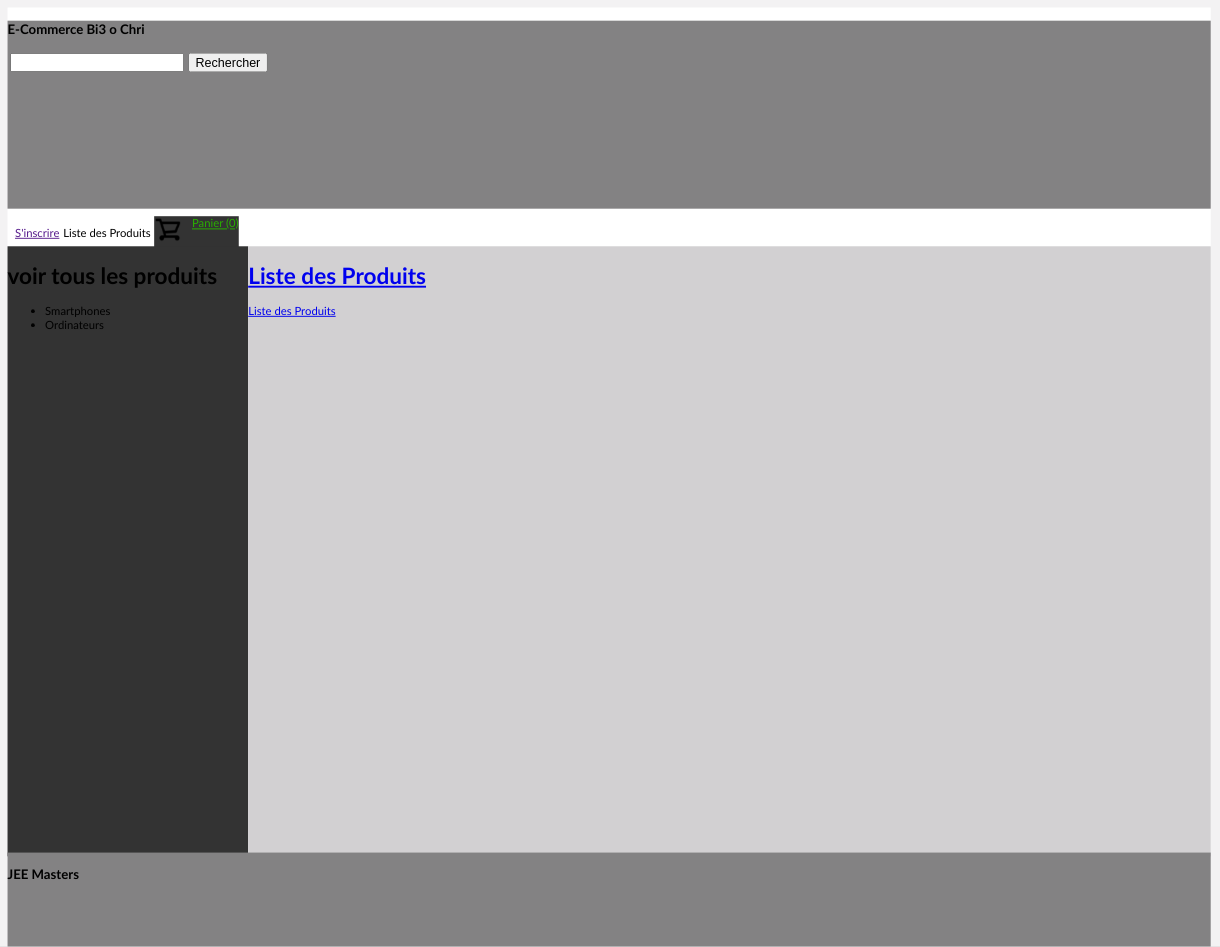
Repository: EBusinesss/Ebusiness
Page: http://localhost/EcomWEB/
An editor plug-in stored every save of this project. The page is shown before and after the next save, followed by the edit.
The browser window is 1280 px wide. The page is 1298 px wide, so the pictures cover 1298 px, including what lies to the right of the window. The pictures show the whole page, at 94% of full size.
The page is served by Tomcat 9. Nobody is signed in. The application's start-up code is not run.

Above is the page before, as saved 2014-12-25 14:58:15.

After the next save:
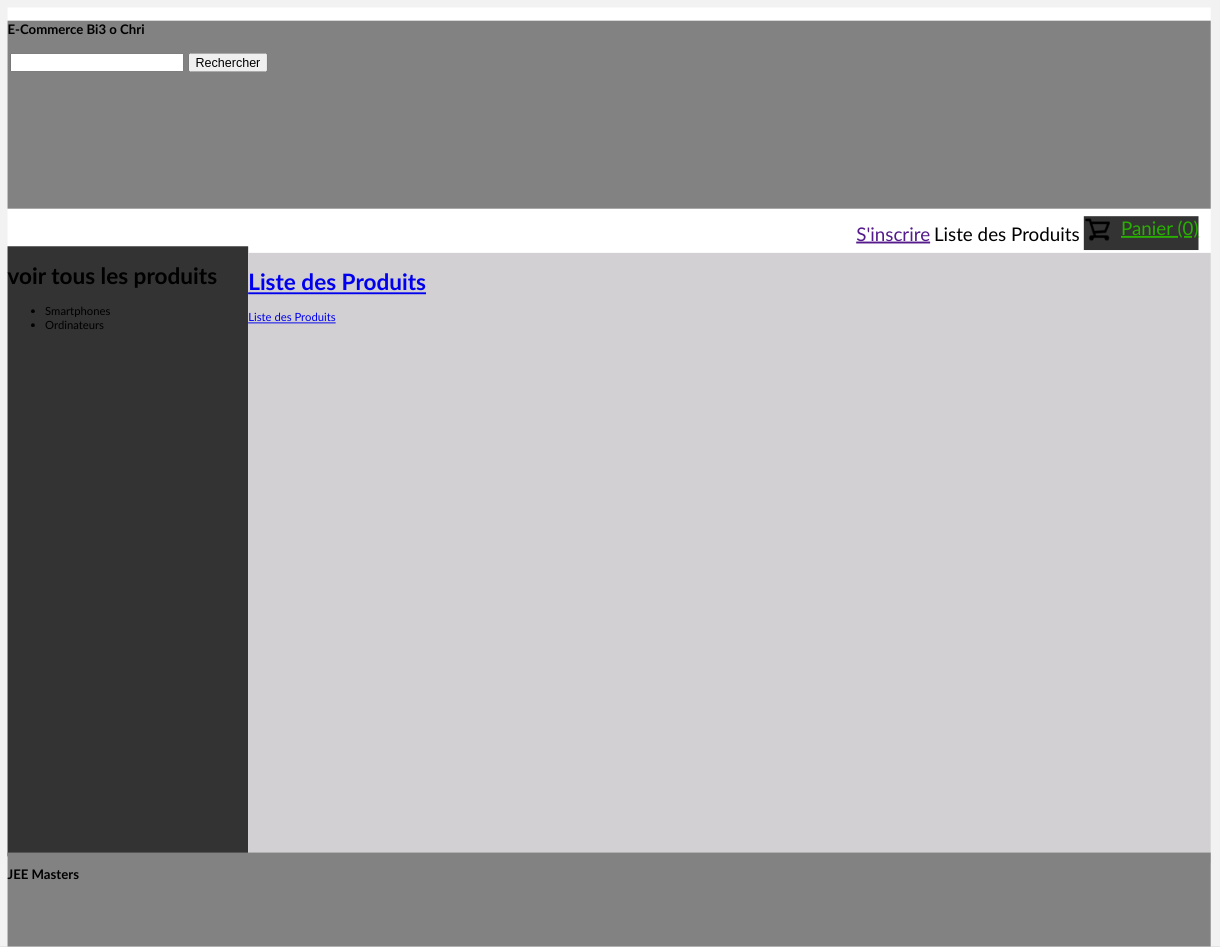
Saved 12 s later.
--- a/Workspace/EcomWEB/WebContent/index.jsp
+++ b/Workspace/EcomWEB/WebContent/index.jsp
@@ -29,7 +29,7 @@
 
 	<div id="navigation">
 
-			<table>
+			<table class="tableNavig">
 			<tr>
 				<td> <a href=""> S'inscrire</a> </td>
 
